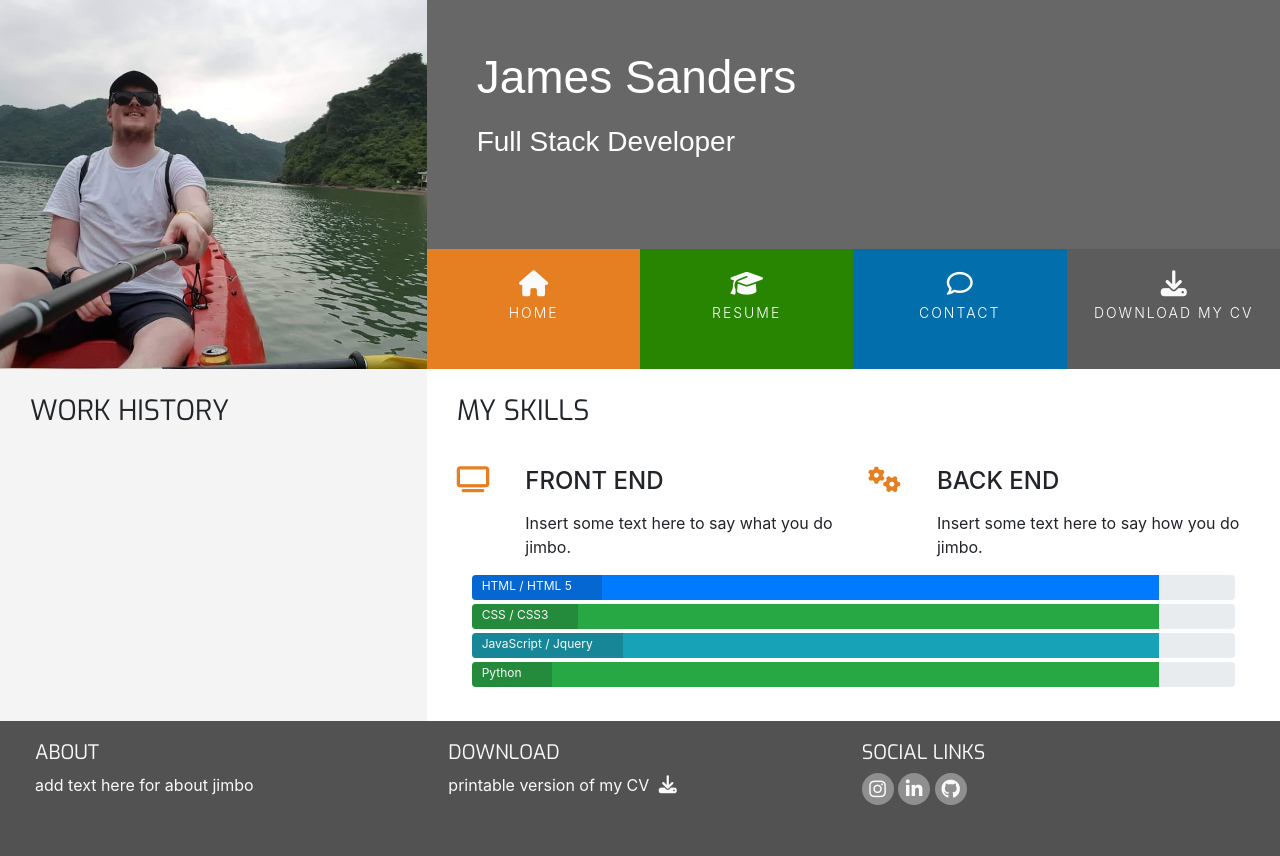
Repository: JaySanders95/my-online-resume
Page: resume.html
An editor plug-in stored every save of this project. The page is shown before and after the next save, followed by the edit.
The browser window is 1280 px wide. The pictures show the whole page.
Some web fonts or font styles are not loaded; a fallback is used. Some web libraries are served in a nearby version.

Above is the page before, as saved 2023-04-19 22:01:31.

After the next save:
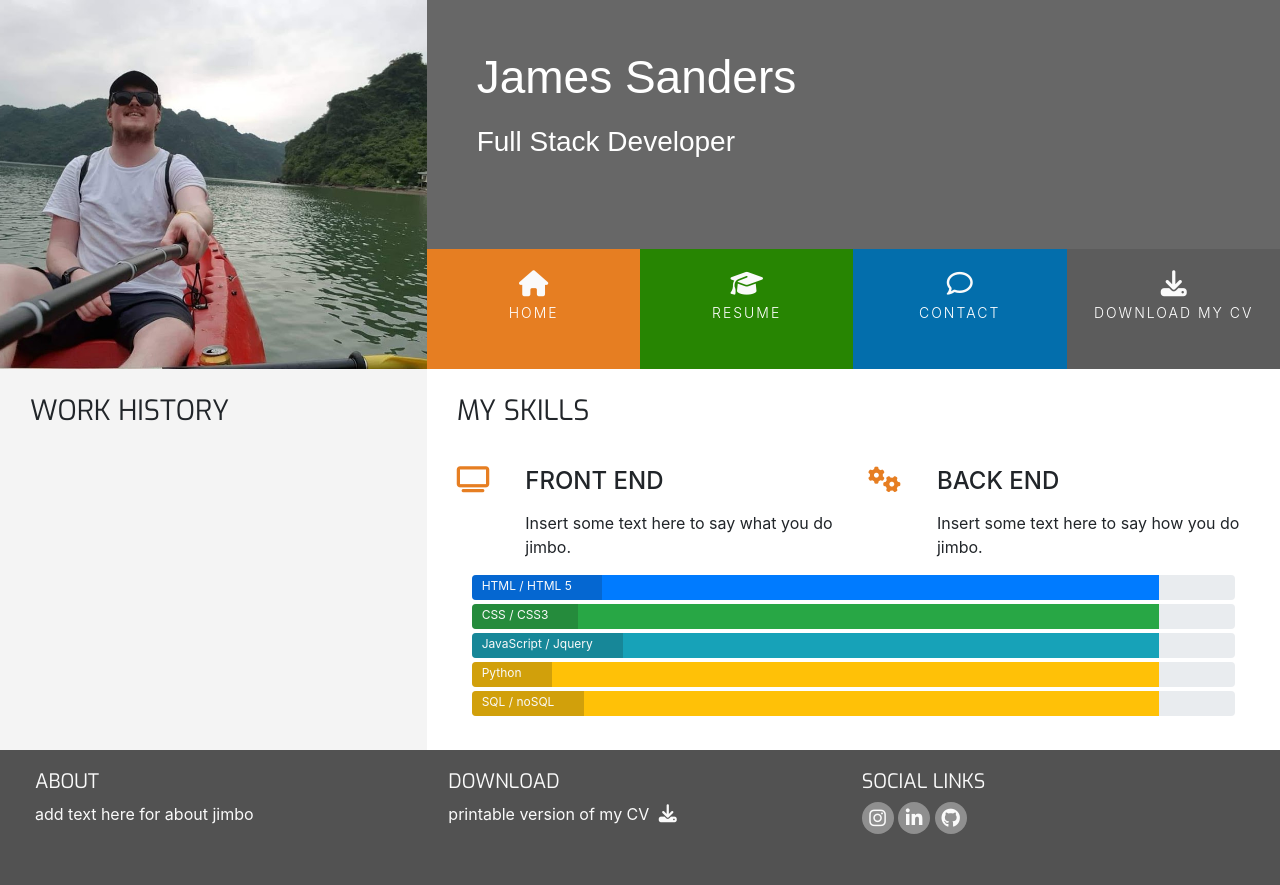
Saved 45 s later.
--- a/resume.html
+++ b/resume.html
@@ -115,11 +115,18 @@
                         <span class="progress-type">JavaScript / Jquery</span>
                     </div>
                     <div class="progress">
-                        <div class="progress-bar bg-success" role="progressbar" #
-                        aria-valuenow="70" aria-valuemin="0" aria-valuemax="100" style="width:90%">
-                        <span class="sr-only"> 70% complete</span>
+                        <div class="progress-bar bg-warning" role="progressbar" #
+                        aria-valuenow="60" aria-valuemin="0" aria-valuemax="100" style="width:90%">
+                        <span class="sr-only"> 60% complete</span>
                         </div>
                         <span class="progress-type">Python</span>
+                    </div>
+                    <div class="progress">
+                        <div class="progress-bar bg-warning" role="progressbar" #
+                        aria-valuenow="1" aria-valuemin="0" aria-valuemax="100" style="width:90%">
+                        <span class="sr-only"> 0% complete</span>
+                        </div>
+                        <span class="progress-type">SQL / noSQL</span>
                     </div>
                 </div>
             </div>
